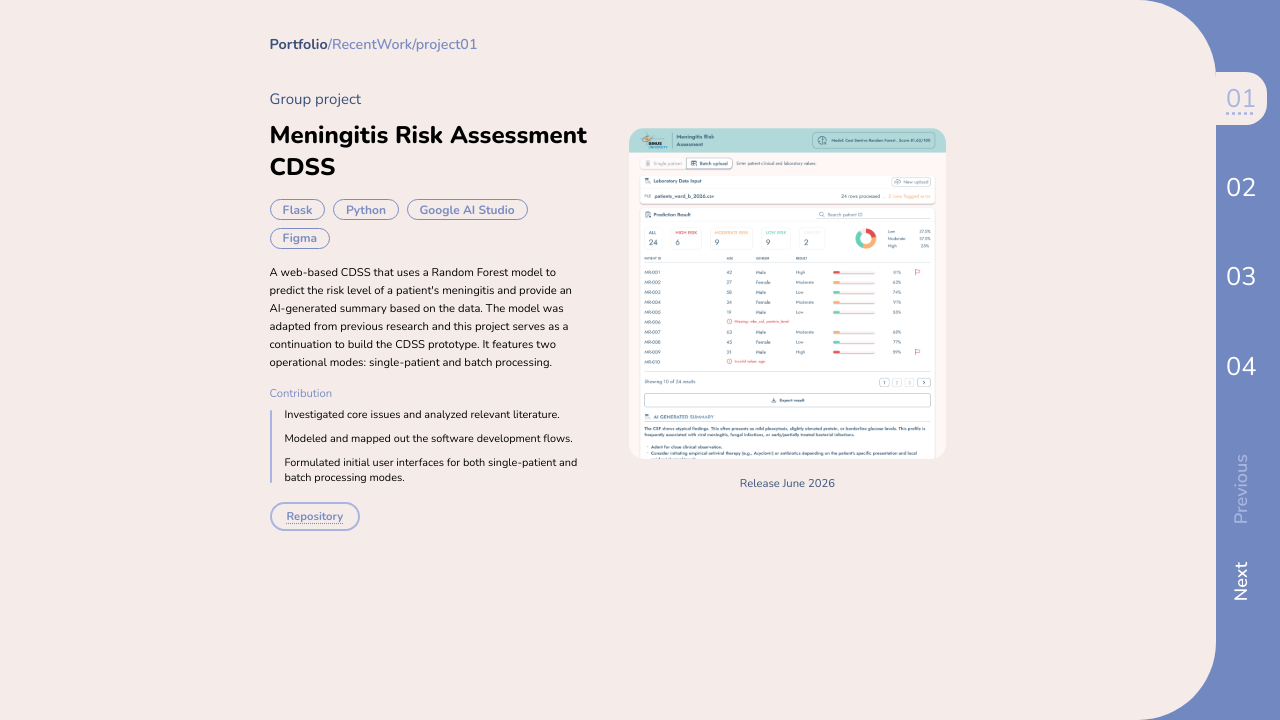
Repository: L-vy/L-vy
Page: /recentworks/project01
These files come from the project's save history. The page is drawn as it stood at one moment and after the next save; the edit follows.
The browser window is 1280 px wide. The pictures show the whole page.
Some web fonts or font styles are not loaded; a fallback is used. The project was rebuilt for these pictures with package versions that can differ from the ones it lists, and the page was loaded fresh each time. Also part of the build but not shown: vite.config.ts, src/components/Icon.tsx, src/data/site.ts, src/components/useGoTo.ts, src/components/Navbar.tsx, src/components/Hero.tsx, src/components/Reveal.tsx, src/components/Skills.tsx and 9 more.

Above is the page before, as saved 2026-10-07 20:31:23.

### index.html
<!doctype html>
<html lang="en">
  <head>
    <meta charset="UTF-8" />
    <meta name="viewport" content="width=device-width, initial-scale=1.0" />
    <meta name="description" content="Portfolio of Latasha Ivy Khoe, Computer Science student specializing in Cloud Technology, UI/UX design and full-stack development." />
    <meta name="theme-color" content="#7288c1" />
    <link rel="icon" href="/images/ivy-logo.svg" />
    <link rel="preconnect" href="https://fonts.googleapis.com" />
    <link rel="preconnect" href="https://fonts.gstatic.com" crossorigin />
    <link href="https://fonts.googleapis.com/css2?family=Nunito:ital,wght@0,400;0,600;0,700;0,800;1,400&family=Playwrite+US+Modern:wght@100..400&display=swap" rel="stylesheet" />
    <title>Latasha Ivy Khoe | Portfolio</title>
  </head>
  <body>
    <div id="root"></div>
    <script type="module" src="/src/main.tsx"></script>
  </body>
</html>

### src/main.tsx
import { StrictMode } from 'react'
import { createRoot } from 'react-dom/client'
import App from './App'
import './styles.css'
createRoot(document.getElementById('root')!).render(<StrictMode><App /></StrictMode>)

### src/App.tsx
import { BrowserRouter, Route, Routes } from 'react-router-dom'
import Home from './pages/Home'
import ProjectDetails from './pages/ProjectDetails'
import CursorCircle from './components/CursorCircle'
export default function App() {
  return (
    <BrowserRouter>
      <CursorCircle />
      <Routes>
        <Route path="/" element={<Home />} />
        <Route path="/recentworks/:id" element={<ProjectDetails />} />
        <Route path="*" element={<Home />} />
      </Routes>
    </BrowserRouter>
  )
}

### src/styles.css
/* Sizes are authored at design scale (16px = 1rem) and rendered at 75% via html{font-size:75%}. */
:root{--blue:#7288c1;--cream:#f5ecea;--ink:#3b5078;--peri:#7a8cc2;--light:#a9b5e0;--bar:#9fadd1;--pill:#d3d6e6;--panel:#d1d4e3;--ph:#d9d9d9;--txt:#000;--gut:max(3.5rem,calc((100% - 68.75rem)/2 + 3.5rem));color-scheme:light}
html{font-size:75%}
*{box-sizing:border-box}
body{margin:0;background:var(--cream);color:var(--txt);font-family:'Nunito',system-ui,sans-serif;line-height:1.4}
h1,h2,h3,p,ul{margin:0}
ul{padding:0;list-style:none}
a{color:inherit}
button{font-family:inherit;cursor:pointer}
img{max-width:100%}
:focus-visible{outline:3px solid var(--ink);outline-offset:3px}
.fx{font-family:'Playwrite US Modern','Nunito',cursive;font-weight:400}
.nav{position:relative;height:4.5rem;background:var(--blue)}
.nav::after{content:'';position:absolute;left:0;right:0;top:100%;height:2.875rem;background:var(--blue)}
.nav-tabs{max-width:68.75rem;margin:0 auto;height:100%;display:flex;align-items:flex-end;padding-left:28%}
.nav-tab{width:8.25rem;height:4rem;border:0;background:none;color:#e9ecf7;display:grid;place-items:center;padding:0;transition:opacity .25s}
.nav-tab:hover{opacity:.8}
.nav-tab.active{background:var(--cream);border-radius:1.5rem 1.5rem 0 0;color:var(--light);opacity:1}
.nav-tab img{height:2.125rem}
.page{position:relative;z-index:1;background:var(--cream);border-radius:2.875rem 2.875rem 0 0;padding:0 var(--gut)}
.section{padding-top:5.625rem}
.hero{position:relative;padding-top:2.875rem}
.hero-top{display:flex;justify-content:space-between;align-items:center}
.path{font-size:1.1875rem;font-weight:600;color:var(--peri)}
.path b{color:var(--ink);font-weight:700}
.crumb{background:none;border:0;padding:0;font:inherit;color:inherit}
.contact-link{background:none;border:0;font-size:1.1875rem;font-weight:700;color:var(--ink)}
.hero-grid{display:grid;grid-template-columns:16.875rem 1fr;gap:3.125rem;align-items:center;margin-top:3.25rem}
.hero-photo{width:100%;aspect-ratio:1;object-fit:cover;background:var(--ph);border-radius:2.5rem;transition:transform .3s}
.hero-photo:hover{transform:rotate(-1.2deg) scale(1.015)}
.hello{height:3.375rem;width:auto;display:block}
h1{margin-top:0.25rem;font:400 2.5rem/1.35 'Playwrite US Modern','Nunito',cursive}
.lead{max-width:30rem;font-size:1.0625rem;line-height:1.6;margin-top:0.875rem}
.lead.sm{font-size:0.9375rem;max-width:none;margin-top:1.25rem}
.actions{display:flex;align-items:center;gap:2.25rem;margin-top:1.625rem;flex-wrap:wrap}
.btn{display:inline-flex;align-items:center;gap:0.5rem;background:var(--ink);color:#fff;border:0;border-radius:62.4375rem;padding:0.75rem 1.375rem;font-size:1.0625rem;font-weight:700;transition:transform .25s}
.btn:hover{transform:translateY(-2px)}
.btn.blue{background:var(--blue);font-size:1.1875rem;padding:0.875rem 1.75rem}
.link-dotted{text-decoration:underline dotted;text-underline-offset:0.25rem;font-weight:700}
.link-dotted.grey{color:#777;font-size:1.0625rem}
.butterfly{display:block;margin:4rem auto 0;width:6rem}
.intro{max-width:47.5rem;margin:4.375rem auto 0;text-align:center}
.intro-text{font-size:1rem;line-height:1.7}
.pills{display:flex;flex-wrap:wrap;gap:0.625rem;justify-content:center;margin-top:1.375rem}
.pills.left{justify-content:flex-start}
.pill{border-radius:24rem;padding:0.1rem 1rem;font-weight:700;font-size:0.9375rem;background:var(--pill);color:var(--peri)}
.pill.solid-outline{background:none;border:1.5px solid var(--peri);font-size:1rem}
.reveal{opacity:0;transform:translateY(0.875rem);transition:opacity .6s,transform .6s}
.reveal.in{opacity:1;transform:none}
.fill{height:100%}
.cards{display:grid;grid-template-columns:repeat(4,1fr);gap:1.625rem;margin-top:2.125rem}
.card{display:flex;flex-direction:column;min-width:0}
.card-img{display:block;aspect-ratio:400/420;border-radius:2.25rem;overflow:hidden;background:var(--ph);transition:transform .3s}
.card-img img{width:100%;height:100%;object-fit:cover;display:block}
.card:hover .card-img{transform:rotate(-1.2deg) scale(1.015)}
.card-title{display:flex;justify-content:space-between;align-items:flex-start;gap:0.5rem;margin-top:1rem;color:var(--ink)}
.card-title .icon{flex:none}
.clamp{font-size:1.125rem;font-weight:800;line-height:1.3;color:var(--txt);display:-webkit-box;-webkit-line-clamp:2;-webkit-box-orient:vertical;overflow:hidden}
.card-sum{font-size:0.875rem;line-height:1.5;margin-top:0.375rem}
.card-links{margin-top:0.625rem}
.card-links .link-dotted{color:var(--peri);font-size:0.875rem}
.tabbar{position:relative;background:var(--bar);border-radius:62.4375rem;padding:0.375rem 0.5rem;display:flex;justify-content:center;gap:0.75rem;margin-top:2.125rem;box-shadow:0 0.5rem 0.875rem -0.375rem rgba(60,70,110,.35)}
.tabwrap{position:relative;width:min(9.375rem,22%)}
.tab{width:100%;border:0;border-radius:62.4375rem;padding:0.5rem 0;font-size:1rem;font-weight:700;background:var(--pill);color:#8f9dcf;transition:background .25s,color .25s}
.tab.on{background:#fff;color:var(--ink)}
.pointer{position:absolute;left:50%;bottom:-1.25rem;margin-left:-0.5625rem;border:0.5625rem solid transparent;border-top:0;border-bottom:0.8125rem solid var(--ink)}
.panel{margin-top:2.75rem;background:var(--panel);border-radius:1.375rem;height:30.625rem;box-shadow:0 0.375rem 1rem -0.5rem rgba(60,70,110,.3);transition:background .3s,box-shadow .3s}
.panel.bound{background:transparent;box-shadow:none}
.banner{height:100%;display:flex;flex-direction:column;gap:2.125rem;padding:1.875rem 2.125rem 2.5rem}
.banner-img{flex:1;min-height:0;width:100%;object-fit:cover;background:var(--ph);border-radius:2.25rem;transition:transform .3s}
.banner:hover .banner-img{transform:rotate(-1.2deg) scale(1.015)}
.tx{padding-left:0.4375rem}
.tx h2{font-size:1.625rem;line-height:1.4}
.tx h3{margin-top:2px;font-size:1.1875rem;font-weight:700}
.tx p{margin-top:0.375rem;font-style:italic;font-size:0.9375rem}
.folders{height:100%;display:grid;grid-template-columns:1fr 1fr;gap:1.5rem;padding:1.75rem 2rem}
.folder{--rim:#3b5078;--body:#f3f3f9;background:var(--rim);border-radius:1.875rem;padding:1.5px;display:flex;flex-direction:column;overflow:hidden}
.media{height:11.875rem;margin-bottom:-2.5rem;flex:none;position:relative;overflow:hidden;border-radius:1.78125rem 1.78125rem 0 0;background:var(--ph)}
.media>*{display:block;width:100%;height:100%;object-fit:cover;background:var(--ph);transform:scale(1.06);transition:transform .3s}
.folder:hover .media>*{transform:rotate(-1.2deg) scale(1.1)}
.rest{flex:1;position:relative;z-index:1;background:var(--body);border-radius:0 1.78125rem 1.78125rem 1.78125rem;padding:0 1.375rem 1.125rem;display:flex;flex-direction:column}
.rest .tab{position:absolute;left:0;top:-2.25rem;width:80%;height:2.3125rem;padding:0;border-radius:1.25rem 1.25rem 0 0;background:var(--body)}
.rest .tab::after{content:'';position:absolute;right:-1.25rem;bottom:0;width:1.25rem;height:1.25rem;background:radial-gradient(circle at 100% 0,transparent 1.21875rem,var(--body) 1.25rem)}
.head{position:relative;margin-top:-1.375rem}
.head::before{content:'';float:right;width:24%;height:1rem}
.head b{display:-webkit-box;-webkit-line-clamp:3;-webkit-box-orient:vertical;overflow:hidden;font-size:1.0625rem;font-weight:800;line-height:1.25}
.head span{display:block;font-size:0.9375rem;color:#6f748f;margin-top:2px}
.folder p{margin-top:0.75rem;font-size:0.84375rem;font-style:italic;line-height:1.5;display:-webkit-box;-webkit-line-clamp:4;-webkit-box-orient:vertical;overflow:hidden}
.foot{margin-top:auto;padding-top:0.625rem;display:flex;justify-content:space-between;align-items:center;min-height:2.75rem}
.foot strong{font-size:1.5625rem;line-height:1.3}
.go{display:grid;place-items:center;width:2.5rem;height:2.5rem;border-radius:50%;background:var(--ink);color:#fff;transition:transform .25s}
.go:hover{transform:translate(2px,-2px)}
.exp{position:relative;height:100%}
.plate{position:absolute;left:0;top:0;bottom:0;width:8.125rem;background:#c9cde0;border-radius:1.625rem 0 0 1.625rem;box-shadow:0 0.625rem 1.125rem -0.625rem rgba(60,70,110,.4)}
.rail{position:absolute;left:0;top:4.4375rem;width:3.75rem;height:0;z-index:2}
.rail button{position:absolute;left:0.8125rem;top:calc(var(--i)*4.5rem);width:2.9375rem;height:5.25rem;z-index:calc(var(--i) + 1);border:0;background:var(--c);color:#fff;border-radius:1.125rem 0 0 1.125rem;display:grid;place-items:center;padding:0;transition:left .25s,width .25s}
.rail button:hover,.rail button[aria-selected=true]{left:0.4375rem;width:3.3125rem}
.rail button[aria-selected=true]{z-index:10}
.fcard{--acc:#9fadd1;position:absolute;left:3.75rem;right:0;top:0;bottom:0;background:var(--cream);border:2.5px solid var(--acc);border-radius:1.625rem;box-shadow:0 0.625rem 1.25rem -0.625rem rgba(60,70,110,.4);padding:1.375rem 1.75rem 1.375rem 1.875rem;overflow:hidden;transition:border-color .35s}
.pg{position:relative;height:100%;display:grid;grid-template-columns:1fr 1fr;grid-template-rows:auto 1fr;column-gap:3.5rem;animation:in .4s ease both}
@keyframes in{from{opacity:0;transform:translateY(0.5rem)}to{opacity:1;transform:none}}
.lab{grid-column:1/-1;font-size:0.8125rem}
.col{display:flex;flex-direction:column;min-width:0}
.col.end{align-self:end;padding-bottom:0.625rem}
.t{font-size:1.6875rem;font-weight:800;color:var(--ttl);line-height:1.2;margin-top:1.75rem}
.col.end .t{margin-top:0}
.sub{font-size:1.25rem;color:var(--ttl);margin-top:0.375rem}
.d{font-size:0.875rem;line-height:1.55;margin-top:1rem;font-style:italic}
.h{font-size:0.8125rem;margin:1.375rem 0 0.375rem}
.col ul{padding-left:1.25rem;font-size:0.84375rem;line-height:1.55;list-style:disc}
.stack,.zig{position:relative;margin-top:auto}
.stack{height:8rem}
.zig{margin-top:0.875rem}
.sp{position:absolute;display:block;width:62%;height:7.375rem;object-fit:cover;background:var(--ph);border:1px solid var(--txt);border-radius:1.625rem;transform:rotate(var(--r));transition:transform .3s}
.sp:hover{z-index:9;transform:rotate(calc(var(--r)*-1)) translateY(-0.3125rem) scale(1.03)}
.stack .sp:nth-child(1){--r:-2deg;left:0;top:0.375rem}
.stack .sp:nth-child(2){--r:1.5deg;left:20%;top:0.75rem}
.stack .sp:nth-child(3){--r:-1deg;left:38%;top:0}
.zig .sp{width:70%;height:7.5625rem}
.zig .sp:nth-child(1){--r:1deg;left:0;top:0}
.zig .sp:nth-child(2){--r:-1deg;left:44%;top:7rem}
.zig .sp:nth-child(3){--r:1deg;left:-1%;top:14.125rem}
.p1{left:47%;top:0.5rem;width:29%;height:8.4375rem;--r:1deg}
.p2{left:66%;top:4.875rem;width:27%;height:auto;aspect-ratio:210/297;--r:-1deg}
.contact{text-align:center;padding:5.75rem 0 6.25rem}
.contact h2{font-size:2.25rem;font-weight:400}
.contact b{font-weight:800}
.contact .btn{margin-top:1.375rem}
.footer{background:var(--blue);color:#eef0fa;padding:3.25rem var(--gut) 2.5rem;display:flex;justify-content:space-between;align-items:flex-end;gap:1.875rem;flex-wrap:wrap;min-height:14.375rem}
.footer ul{display:flex;gap:2.75rem;align-self:flex-start}
.ci{display:block;color:#dfe4f6;transition:transform .25s}
.ci:hover,.ci.pulse{transform:translateY(-0.25rem) scale(1.12)}
.footer-by{text-align:right;line-height:2;font-size:1rem}
/* .detail{border-radius:0 0 2.875rem 2.875rem;padding-top:2.875rem;padding-bottom:4.375rem} */
.detail{flex:1;min-width:0;min-height:100vh;border-radius:0 6.5rem 6.5rem 0;padding-top:2.875rem;padding-bottom:4.375rem}
.detail-grid{display:grid;grid-template-columns:1fr 1fr;gap:3.5rem;align-items:center;margin-top:2.875rem}
.detail-title{margin:0;font:800 2rem/1.3 'Nunito',sans-serif}
.detail .pills{margin-top:1.375rem}
/* ---------- Project detail: left sidebar ---------- */
.detail-shell{display:flex;min-height:100vh;background:var(--blue)}
.side{position:sticky;top:0;align-self:flex-start;flex:none;width:5.375rem;height:100vh;display:flex;flex-direction:column;padding:6rem 0 9.875rem}

/* step indicators 01–04 */
.steps{align-self:flex-start;display:grid;gap:3rem}
.step{display:grid;place-items:center;width:4.3125rem;height:4.4375rem;border-radius:0 1.75rem 1.75rem 0;background:transparent;color:#fff;font-size:2.125rem;text-decoration:none;transition:opacity .25s}
.step:not(.on):hover{opacity:.8}
.step.on{background:var(--cream);color:var(--light);text-decoration:underline dotted;text-underline-offset:0.375rem}   /* RULE 2 */

/* vertical Previous / Next */
.side-nav{margin-top:auto;align-self:flex-start;width:4.3125rem;display:flex;flex-direction:column;align-items:center;gap:3.125rem}
.side-btn{writing-mode:vertical-rl;transform:rotate(180deg);color:#fff;font-size:1.5rem;font-weight:600;line-height:1;text-decoration:none;transition:opacity .2s}   /* white by default */
a.side-btn:hover{opacity:.8}
.side-btn.edge{color:var(--light)}   /* RULE 3 */
.meta{margin-bottom:0.875rem;font-size:1.25rem;font-weight:400;color:var(--ink)}
.contrib{margin:1.125rem 0 0.5rem;font:400 0.9375rem 'Playwrite US Modern','Nunito',cursive;color:var(--peri)}
.contrib-list {position: relative;padding-left: 1.25rem;display: grid;gap: 0.75rem;font-size: 0.90625rem;}
.contrib-list::before {content: '';position: absolute;left: 0;top: 0.25rem;bottom: 0.25rem;width: 2px;background-color:var(--light);border-radius: 9999px;}
/* .contrib-list{border-left:3px solid var(--light);border-top-left-radius: 4px;border-bottom-left-radius: 4px;padding-left:0.875rem;display:grid;gap:0.75rem;font-size:0.90625rem} */
/* .contrib-list li{display:flex;gap:0.875rem;align-items:center}
.contrib-list li::before{content:'';width:0.75rem;height:0.75rem;flex:none;border-radius:50%;border:3px solid var(--peri)} */
.detail-links{display:flex;gap:0.75rem;flex-wrap:wrap;margin-top:1.375rem}
/* .detail-links .pill{background:none;border:2px solid var(--light);color:var(--peri);padding:0.375rem 1.25rem;font:400 0.875rem 'Playwrite US Modern','Nunito',cursive;text-decoration:underline dotted;text-underline-offset:0.25rem} */
.detail-links .pill{background:none;border:2px solid var(--light);color:var(--peri);padding:0.375rem 1.25rem;font-family:inherit;font-size:0.9375rem;font-weight:700;text-decoration:underline dotted;text-underline-offset:0.25rem}
.proto{margin:0}
/* .proto img{display:block;width:100%;aspect-ratio:1/1.08;object-fit:cover;background:var(--ph);border:3px solid var(--ink);border-radius:3rem;transition:transform .3s} */
.proto img {  border: 0;  outline: 0;  border-radius: 15px;}
.proto img:hover{transform:rotate(1.2deg) scale(1.015)}
.proto figcaption{text-align:center;font-weight:500;font-size:0.9375rem;color:var(--ink);margin-top:1rem}
/* .pager{background:var(--blue);margin-top:-2.875rem;padding:5.5rem var(--gut) 1.5rem;display:flex;justify-content:center;gap:3.5rem} */
/* .pager-btn{margin-top:-3rem;height:3.25rem;display:grid;place-items:center;color:#fff;font-weight:700;font-size:1.125rem;text-decoration:none;transition:opacity .2s} */
/* .pager-btn.prev{background:var(--cream);color:var(--ink);padding:0 2.125rem;border-radius:0 0 1.5rem 1.5rem}
.pager-btn.off{opacity:.5}
.pager-btn.prev.off{opacity:1;color:var(--light)} */
/* .pager-btn.hang{background:var(--cream);color:var(--ink);padding:0 2.125rem;border-radius:0 0 1.5rem 1.5rem} */
/* .pager-btn.off{opacity:.5} */
/* .pager-btn.hang.off{opacity:1;color:var(--light)} */
.cursor-circle{position:fixed;left:0;top:0;width:4rem;height:4rem;border-radius:50%;background:rgba(114,136,193,.28);pointer-events:none;z-index:50;transform:translate(-6.25rem,-6.25rem) scale(0);transition:transform .18s}
@media (max-width:960px)
{.cards{grid-template-columns:1fr 1fr}.nav-tabs{padding-left:4%}.nav-tab{width:6rem}}
@media (max-width:760px)
{.page{border-radius:1.875rem 1.875rem 0 0;padding:0 1.25rem}.hero-grid,.detail-grid{grid-template-columns:1fr;gap:1.75rem}.hero-photo{max-width:16.25rem}h1{font-size:1.875rem}.detail-title{font-size:1.5625rem}.cards{grid-template-columns:1fr}.tab{font-size:0.75rem}.tabbar{gap:0.375rem}.pointer{display:none}.panel{height:auto}.banner{padding:1.125rem;gap:1.5rem}.banner-img{flex:none;height:11.875rem}.folders{grid-template-columns:1fr;padding:1.125rem}.folder{min-height:23.75rem}.contact h2{font-size:1.6875rem}.footer ul{gap:1.375rem}.footer-by{text-align:left}.plate{display:none}.fcard{position:static;padding:1.25rem 1.125rem;border-radius:1.375rem}.exp{height:auto}.rail{position:static;height:auto;display:flex;gap:0.375rem;padding-left:0.625rem}.rail button,.rail button:hover,.rail button[aria-selected=true]{position:static;width:3.5rem;height:2.875rem;border-radius:0.875rem 0.875rem 0 0}.pg{display:flex;flex-direction:column;gap:0.875rem;height:auto}.col.end{padding:0}.stack,.zig{height:auto;display:grid;gap:0.625rem;margin-top:0.625rem}.pg .sp{position:static;width:100%;height:6.875rem}.pg .p2{height:auto;width:58%;align-self:center}
.detail-shell{flex-direction:column;min-height:0}
.side{position:static;width:auto;height:auto;flex-direction:row;justify-content:space-between;align-items:flex-start;padding:0 1.25rem 1rem}
.steps{display:flex;gap:0.5rem;align-self:flex-start}
.step{width:3rem;height:3rem;font-size:1.25rem;border-radius:0 0 1rem 1rem}
.side-nav{width:auto;flex-direction:row;align-self:center;gap:1.25rem}
.side-btn{writing-mode:horizontal-tb;transform:none;font-size:1rem}
.detail{border-radius:0 0 1.875rem 1.875rem;min-height:0}}

@media (prefers-reduced-motion:reduce){*{transition:none!important;animation:none!important}}

### src/components/CursorCircle.tsx
import { useEffect, useRef } from 'react'
// Soft circle that follows the pointer and expands over buttons/links. Hidden on touch devices.
export default function CursorCircle() {
  const ref = useRef<HTMLDivElement>(null)
  useEffect(() => {
    if (!window.matchMedia('(hover: hover) and (pointer: fine)').matches) return
    const el = ref.current!
    const move = (e: MouseEvent) => {
      const over = (e.target as Element | null)?.closest('a,button,[data-cursor]')
      el.style.transform = `translate(${e.clientX}px,${e.clientY}px) translate(-50%,-50%) scale(${over ? 1 : 0})`
    }
    const leave = () => { el.style.transform = 'translate(-100px,-100px) scale(0)' }
    window.addEventListener('mousemove', move); document.addEventListener('mouseleave', leave)
    return () => { window.removeEventListener('mousemove', move); document.removeEventListener('mouseleave', leave) }
  }, [])
  return <div ref={ref} className="cursor-circle" aria-hidden="true" />
}

### src/components/ProjectSidebar.tsx
import { Link } from 'react-router-dom'
import { projects } from '../data/projects'

const pad = (n: number) => String(n + 1).padStart(2, '0')

export default function ProjectSidebar({ index }: { index: number }) {
  const prev = projects[index - 1], next = projects[index + 1]
  return (
    <aside className="side">
      <nav className="steps" aria-label="Projects">
        {projects.map((q, n) => (
          <Link
            key={q.id}
            to={`/recentworks/${q.id}`}
            // RULE 2: 'on' = cream tab
            className={`step fx${n === index ? ' on' : ''}`}
            aria-label={`Project ${n + 1}: ${q.title}`}
            aria-current={n === index ? 'page' : undefined}
          >{pad(n)}</Link>
        ))}
      </nav>
      <nav className="side-nav" aria-label="Previous and next project">
        {/* RULE 3: no prev → first page → 'edge' (light blue) */}
        {prev
          ? <Link className="side-btn" to={`/recentworks/${prev.id}`}>Previous</Link>
          : <span className="side-btn edge" aria-disabled="true">Previous</span>}
        {/* RULE 3: no next → last page → 'edge' (light blue) */}
        {next
          ? <Link className="side-btn" to={`/recentworks/${next.id}`}>Next</Link>
          : <span className="side-btn edge" aria-disabled="true">Next</span>}
      </nav>
    </aside>
  )
}

Loaded but not shown: src/data/projects.ts (42 lines, source omitted); src/pages/ProjectDetails.tsx (76 lines, source omitted)

After the next save:
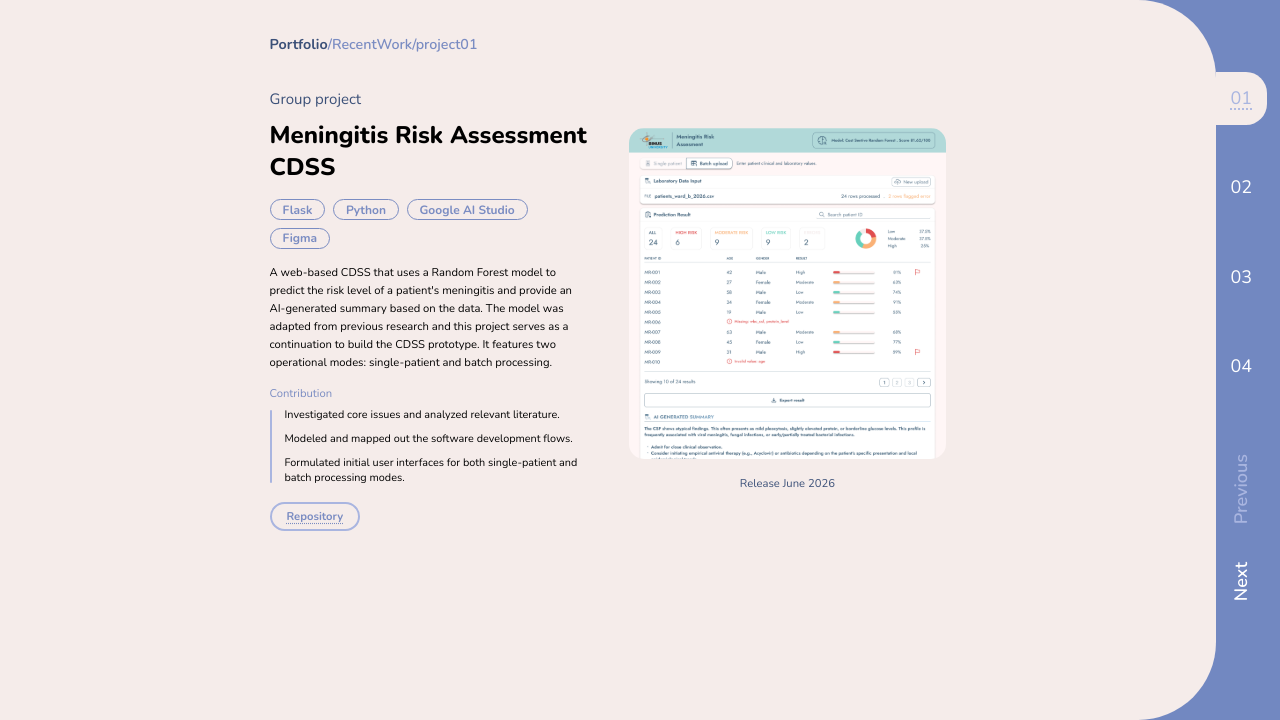
Saved 45 s later.
--- a/src/styles.css
+++ b/src/styles.css
@@ -142,7 +142,7 @@ h1{margin-top:0.25rem;font:400 2.5rem/1.35 'Playwrite US Modern','Nunito',cursiv
 
 /* step indicators 01–04 */
 .steps{align-self:flex-start;display:grid;gap:3rem}
-.step{display:grid;place-items:center;width:4.3125rem;height:4.4375rem;border-radius:0 1.75rem 1.75rem 0;background:transparent;color:#fff;font-size:2.125rem;text-decoration:none;transition:opacity .25s}
+.step{display:grid;place-items:center;width:4.3125rem;height:4.4375rem;border-radius:0 1.75rem 1.75rem 0;background:transparent;color:#fff;font-size:1.5rem;text-decoration:none;transition:opacity .25s}
 .step:not(.on):hover{opacity:.8}
 .step.on{background:var(--cream);color:var(--light);text-decoration:underline dotted;text-underline-offset:0.375rem}   /* RULE 2 */
 
